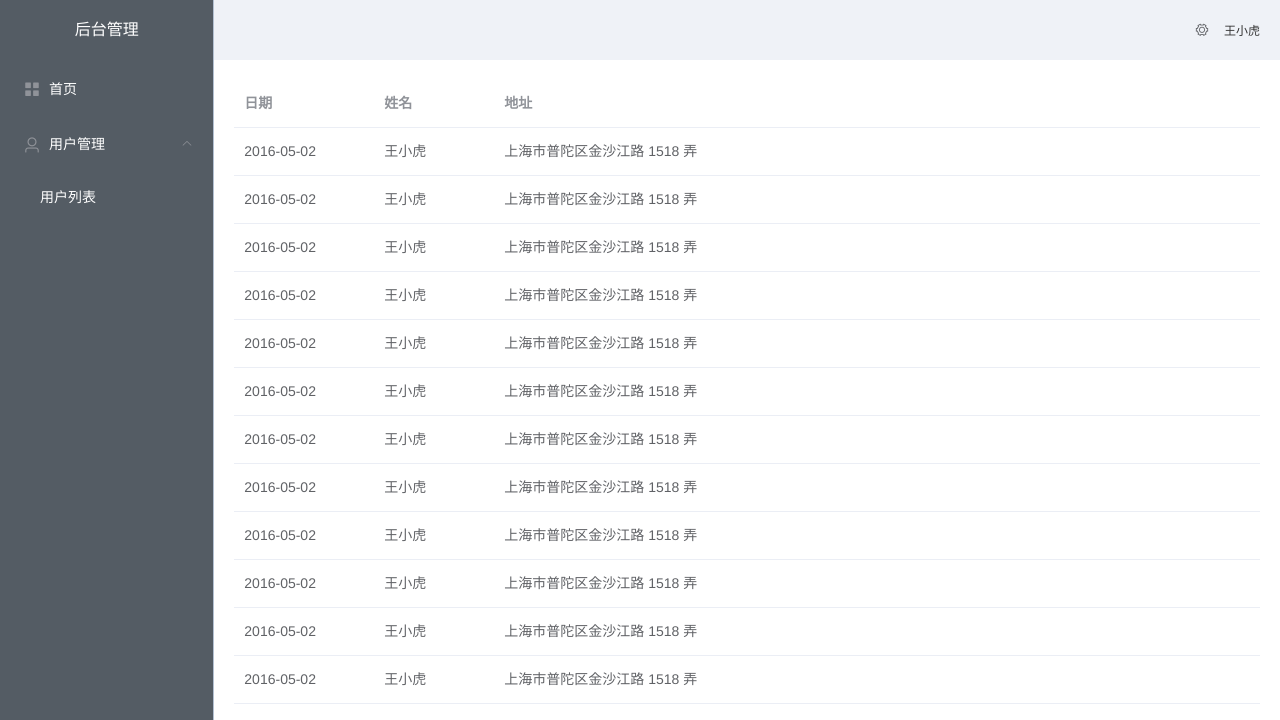
Repository: cmw520520/admin_vue
Page: /#/user/userlist
An editor plug-in stored every save of this project. The page is shown before and after the next save, followed by the edit.
The browser window is 1280 px wide. The pictures show the whole page.
An inner scrolling area shows only its first screen. The project was rebuilt for these pictures with package versions that can differ from the ones it lists, and the page was loaded fresh each time. Also part of the build but not shown: src/page/home/Home.vue, example/Echart.vue.

Above is the page before, as saved 2019-07-01 15:32:22.

After the next save:
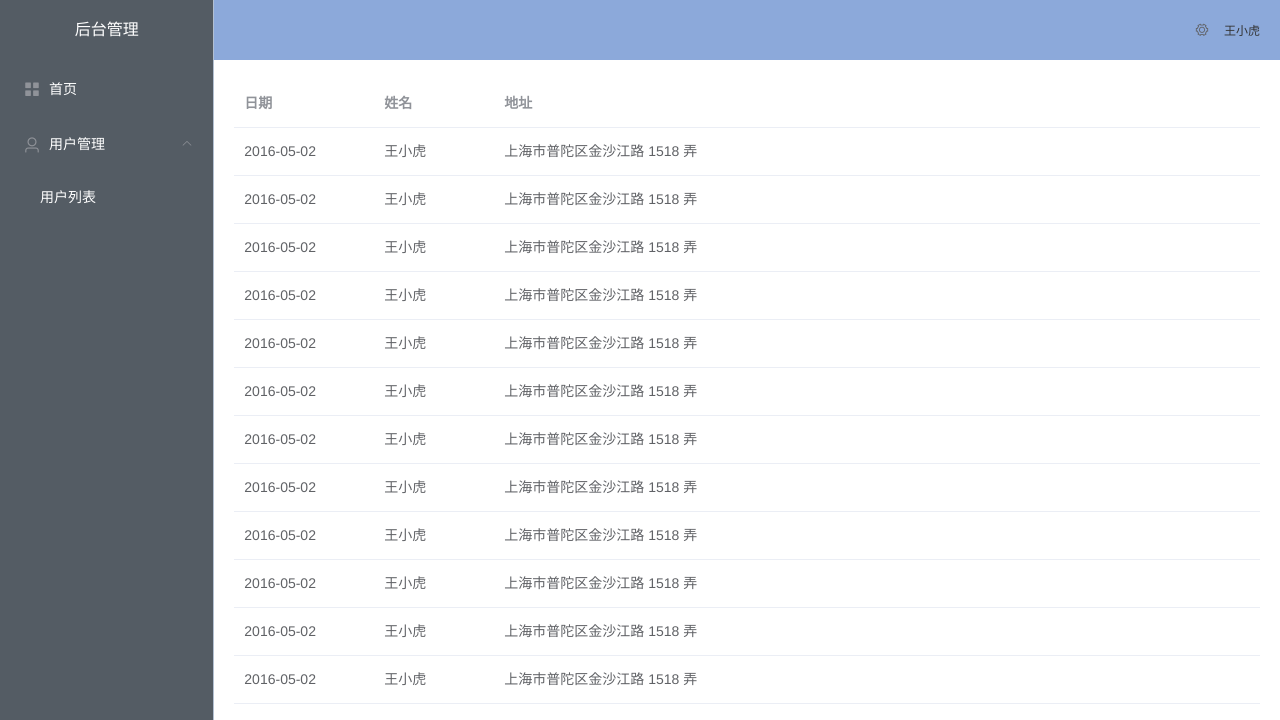
Saved 28 s later.
--- a/src/page/Manage.vue
+++ b/src/page/Manage.vue
@@ -44,7 +44,7 @@ export default {
 
 <style scope>
 .el-header {
-  background-color: #EFF2F7;
+  background-color: rgb(140, 169, 218);
   color: #333;
   line-height: 60px;
 }
